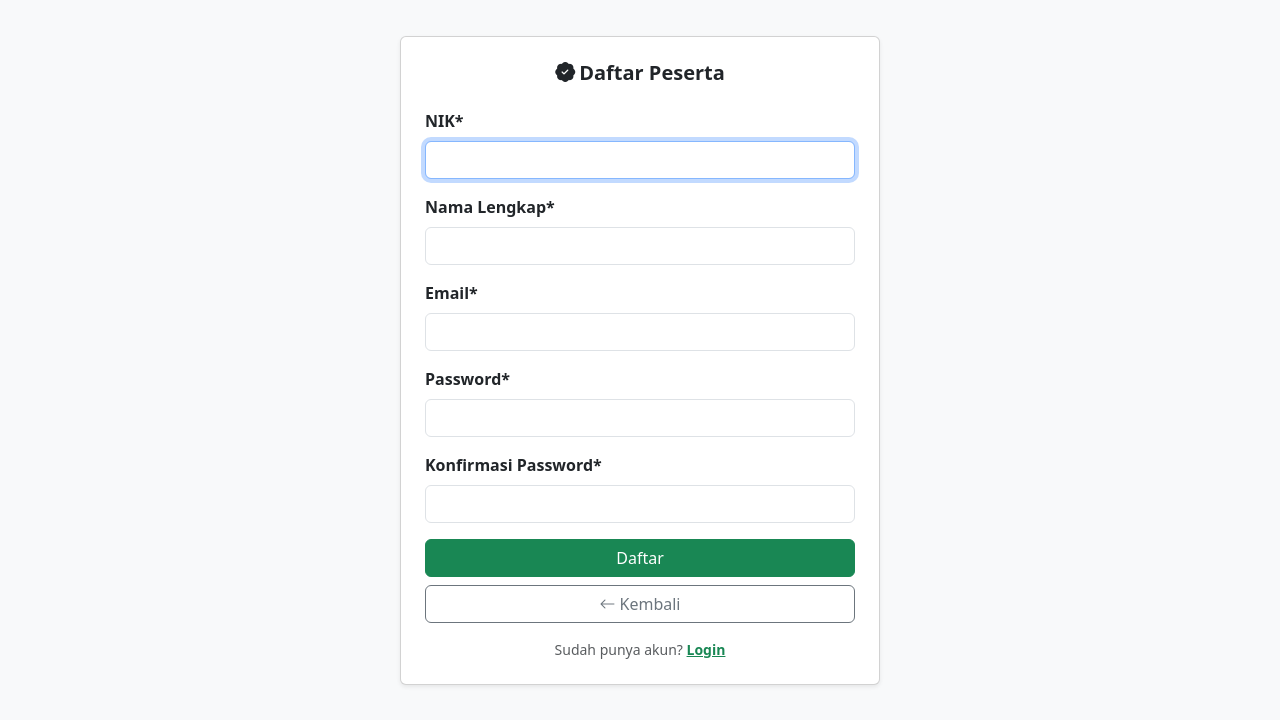
Repository: Zaki-Blip/USK_Project
Page: http://localhost/register
These files come from the project's save history. The page is drawn as it stood at one moment and after the next save; the edit follows.
The browser window is 1280 px wide. The pictures show the whole page.
The page is served by the project's Laravel application, run on PHP 8.4 with Laravel 12. Other server files are loaded and not shown. Queries for data that is not in the repository find no rows.

Above is the page before, as saved 2026-10-13 18:01:09.

### routes/web.php
<?php

use Illuminate\Support\Facades\Route;
use App\Http\Controllers\AuthController;
use App\Http\Controllers\DashboardController;
use App\Http\Controllers\PesertaController;
use App\Http\Controllers\SkemaController;

// Halaman Awal (publik)
Route::view('/', 'halamanAwal')->name('halamanAwal');

// Area Guest (belum login)
Route::middleware('guest')->group(function () {
    Route::get('/login', [AuthController::class, 'showLogin'])->name('login');
    Route::post('/login', [AuthController::class, 'login']);

    Route::get('/register', [AuthController::class, 'showRegister'])->name('register');
    Route::post('/register', [AuthController::class, 'register']);
});

// Area Terproteksi (sudah login)
Route::middleware('auth')->group(function () {
    Route::post('/logout', [AuthController::class, 'logout'])->name('logout');
    Route::get('/dashboard', [DashboardController::class, 'index'])->name('dashboard');

    // Khusus admin
    Route::middleware('role:admin')->group(function () {
        Route::resource('peserta', PesertaController::class)
            ->parameters(['peserta' => 'peserta'])
            ->only(['destroy']);

        Route::resource('skema', SkemaController::class);
    });

    // Admin & user (pembatasan data dilakukan di controller)
    Route::resource('peserta', PesertaController::class)
        ->parameters(['peserta' => 'peserta'])
        ->only(['index', 'show', 'create', 'store', 'edit', 'update']);
});

### app/Http/Controllers/AuthController.php
<?php

namespace App\Http\Controllers;

//use App\Models\Peserta;
use App\Models\Skema;
use App\Models\User;
use Illuminate\Http\Request;
use Illuminate\Support\Facades\Auth;
//se Illuminate\Support\Facades\DB;
use Illuminate\Support\Facades\Hash;

class AuthController extends Controller
{
    public function showRegister()
{
    $skemas = Skema::orderBy('nama_skema')->get();

    return view('auth.register', compact('skemas'));
}

public function register(Request $request)
{
    $validated = $request->validate([
        'name'     => ['required', 'max:100'],
        'email'    => ['required', 'email', 'unique:users,email'],
        'password' => ['required', 'min:6', 'confirmed'],
    ], [
        'name.required'      => 'Nama wajib diisi.',
        'email.required'     => 'Email wajib diisi.',
        'email.email'        => 'Format email tidak valid.',
        'email.unique'       => 'Email sudah terdaftar.',
        'password.required'  => 'Password wajib diisi.',
        'password.min'       => 'Password minimal 6 karakter.',
        'password.confirmed' => 'Konfirmasi password tidak cocok.',
    ]);

    $user = User::create([
        'name'     => $validated['name'],
        'email'    => $validated['email'],
        'password' => Hash::make($validated['password']),
        'role'     => 'user',
    ]);

    Auth::login($user);
    $request->session()->regenerate();

    return redirect()->route('dashboard');
}
    // Tampilkan form login
    public function showLogin()
    {
        return view('auth.login');
    }

    // Proses login
    public function login(Request $request)
    {
        $credentials = $request->validate([
            'email'    => ['required', 'email'],
            'password' => ['required'],
        ], [
            'email.required'    => 'Email wajib diisi.',
            'email.email'       => 'Format email tidak valid.',
            'password.required' => 'Password wajib diisi.',
        ]);
        if (Auth::attempt($credentials, $request->boolean('remember'))) {
            $request->session()->regenerate();
            return redirect()->intended('/dashboard')
                             ->with('sukses', 'Selamat datang, ' . Auth::user()->name);
        }
        return back()
            ->withErrors(['email' => 'Email atau password salah.'])
            ->onlyInput('email');
    }
    // Logout
    public function logout(Request $request)
    {
        Auth::logout();
        $request->session()->invalidate();
        $request->session()->regenerateToken();
        return redirect('/login')->with('danger', 'Anda berhasil logout.');
    }
}

### app/Models/Skema.php
<?php

namespace App\Models;

use Illuminate\Database\Eloquent\Model;

class Skema extends Model
{
    protected $table = 'skemas'; // ← tambahkan

    protected $fillable = ['kode_skema', 'nama_skema', 'deskripsi'];

    public function pesertas()
    {
        return $this->hasMany(Peserta::class, 'skema_id');
    }
}

### resources/views/auth/register.blade.php
<!DOCTYPE html>
<html lang="id">
<head>
    <meta charset="UTF-8">
    <meta name="viewport" content="width=device-width, initial-scale=1">
    <title>Register</title>
    <link href="https://cdn.jsdelivr.net/npm/bootstrap@5.3.0/dist/css/bootstrap.min.css" rel="stylesheet">
    <link href="https://cdn.jsdelivr.net/npm/bootstrap-icons@1.11.0/font/bootstrap-icons.css" rel="stylesheet">
</head>
<body class="bg-light d-flex align-items-center" style="min-height:100vh">

<div class="card shadow-sm mx-auto p-4 my-4" style="max-width:480px;width:100%">
    <h5 class="text-center text-dark fw-bold mb-4">
        <i class="bi bi-patch-check-fill me-1"></i>Daftar Peserta
    </h5>

    @if($errors->any())
        <div class="alert alert-danger py-3 small">{{ $errors->first() }}</div>
    @endif

    <form method="POST" action="{{ route('register') }}">@csrf
        <div class="mb-3">
            <label class="form-label fw-bold">NIK*</label>
            <input type="text" name="nik" class="form-control" value="{{ old('nik') }}" maxlength="16" required autofocus>
        </div>
        <div class="mb-3">
            <label class="form-label fw-bold">Nama Lengkap*</label>
            <input type="text" name="name" class="form-control" value="{{ old('name') }}" required>
        </div>
        <div class="mb-3">
            <label class="form-label fw-bold">Email*</label>
            <input type="email" name="email" class="form-control" value="{{ old('email') }}" required>
        </div>
        <div class="mb-3">
            <label class="form-label fw-bold">Password*</label>
            <input type="password" name="password" class="form-control" required>
        </div>
        <div class="mb-3">
            <label class="form-label fw-bold">Konfirmasi Password*</label>
            <input type="password" name="password_confirmation" class="form-control" required>
        </div>
        <button class="btn btn-success w-100">Daftar</button>
    </form>

    <a href="{{ route('halamanAwal') }}" class="btn btn-outline-secondary w-100 mt-2">
        <i class="bi bi-arrow-left me-1"></i>Kembali
    </a>

    <p class="text-center small text-muted mt-3 mb-0">
        Sudah punya akun? <a href="{{ route('login') }}" class="text-success fw-bold">Login</a>
    </p>
</div>

</body>
</html>

Loaded but not shown: app/Http/Controllers/Controller.php (common file)

After the next save:
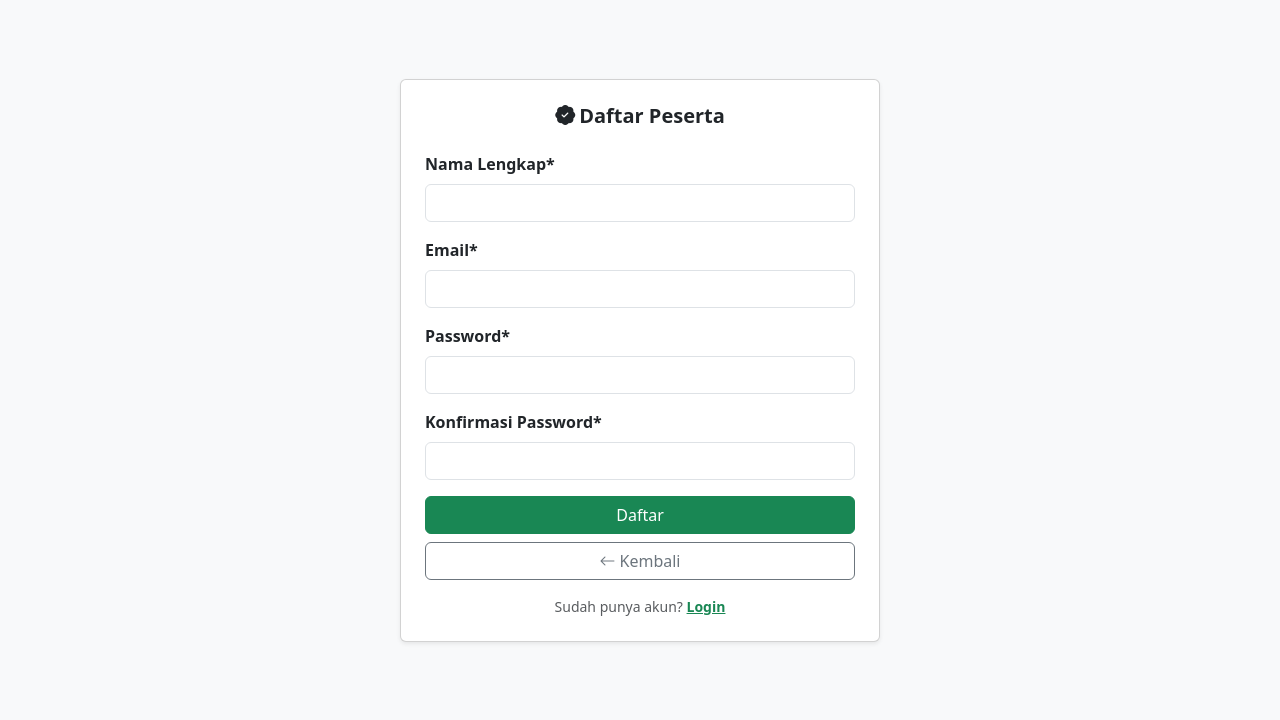
Saved 48 s later.
--- a/resources/views/auth/register.blade.php
+++ b/resources/views/auth/register.blade.php
@@ -19,10 +19,6 @@
     @endif
 
     <form method="POST" action="{{ route('register') }}">@csrf
-        <div class="mb-3">
-            <label class="form-label fw-bold">NIK*</label>
-            <input type="text" name="nik" class="form-control" value="{{ old('nik') }}" maxlength="16" required autofocus>
-        </div>
         <div class="mb-3">
             <label class="form-label fw-bold">Nama Lengkap*</label>
             <input type="text" name="name" class="form-control" value="{{ old('name') }}" required>
